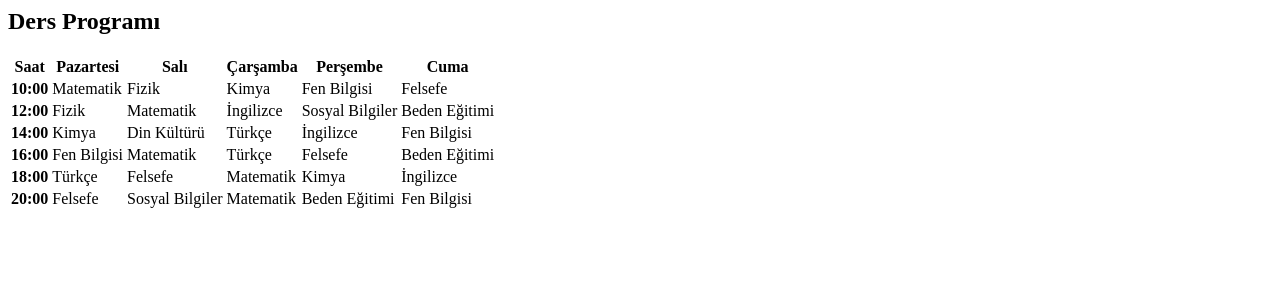
Repository: ahmetbugraozcan/css-ders-programi
Page: deneme.html
These files come from the project's save history. The page is drawn as it stood at one moment and after the next save; the edit follows.
The browser window is 1280 px wide. The pictures show the whole page.

Above is the page before, as saved 2021-07-08 09:38:50.

After the next save:
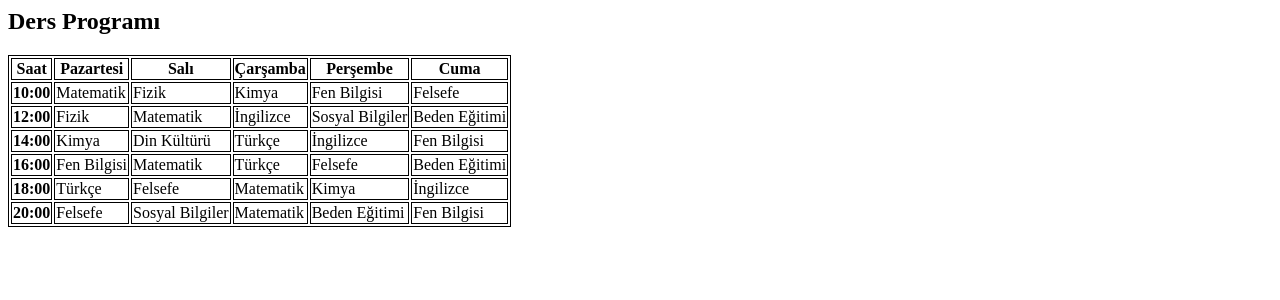
Saved 57 s later.
--- a/deneme.html
+++ b/deneme.html
@@ -1,9 +1,7 @@
 <html>
 
 <head>
-    <style>
-
-    </style>
+<link rel="stylesheet" href="mystyle.css">
 </head>
 
 <body>
